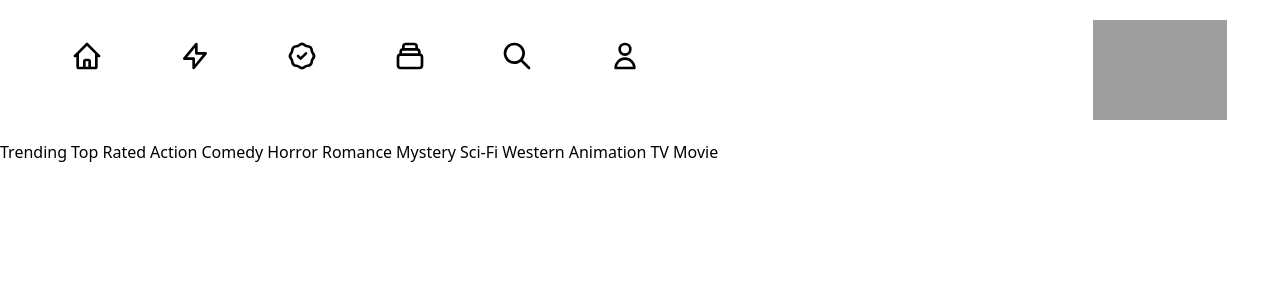
Repository: jafredk/hulu-2
Page: /
The author's editor kept a copy of each file at every save. The page is drawn from the files as they stood at one save, then again after the next save.
The browser window is 1280 px wide. The pictures show the whole page.
Pictures or frames that could not be fetched are drawn as grey boxes. The project was rebuilt for these pictures with package versions that can differ from the ones it lists, and the page was loaded fresh each time. The framework's server and built-in components were replaced by stand-ins that run in the browser. Also part of the build but not shown: next.config.js.

Above is the page before, as saved 2021-11-02 11:46:41.

### pages/index.js
import Head from 'next/head'
import Image from 'next/image'
import Header from '../components/Header'
import Nav from '../components/Nav'


export default function Home() {
  return (
    <div>
      <Head>
        <title>HULU</title>
        <meta name="description" content="Generated by create next app" />
        <link rel="icon" href="/favicon.ico" />
      </Head>



      {/* Header */}
      <Header />



      {/* Nav */}
      <Nav />



      {/* Results */}
    </div>
  )
}

### components/Header.js
import {
    BadgeCheckIcon,
    CollectionIcon,
    HomeIcon,
    LightningBoltIcon,
    SearchIcon,
    UserIcon,
} from "@heroicons/react/outline";

import Image from 'next/image'
import HeaderItem from './HeaderItem';

function Header() {
    return (
        <header className="flex flex-col sm:flex-row m-5 justify-between items-center h-auto">
            <div className="flex flex-grow justify-evenly max-w-2xl">
                <HeaderItem title='HOME' Icon={HomeIcon} />
                <HeaderItem title='TRENDING' Icon={LightningBoltIcon} />
                <HeaderItem title='VERIFIED' Icon={BadgeCheckIcon} />
                <HeaderItem title='COLLECTIONS' Icon={CollectionIcon} />
                <HeaderItem title='SEARCH' Icon={SearchIcon} />
                <HeaderItem title='ACCOUNT' Icon={UserIcon} />
            </div>


            <Image className="object-contain bg " src="https://links.papareact.com/ua6" width={200} height={100} />
        </header>
    );
}

export default Header;

### components/Nav.js
import requests from "../utils/requests";

function Nav() {
    return (
        <nav>
            <div className="flex flex-row space-x-1">
                {Object.entries(requests).map(([key, { title, url }]) => (
                    <h2>{title}</h2>
                ))}



                </div>

        </nav>
    );
}

export default Nav;

### components/HeaderItem.js
function HeaderItem({ Icon, title }) {
    return (
        <div className=" flex flex-col items-center cursor-pointer group w-12 sm:w-20 hover:text-white ">
            <Icon className="h-8 mb-1 group-hover:animate-bounce " />
            <p className=" opacity-0 group-hover:opacity-100  tracking-widest">{title}</p>
        </div>
    );
}

export default HeaderItem;

### utils/requests.js
const API_KEY = process.env.API_KEY;

export default {
    fetchTrending: {
        title: "Trending",
        url: `/trending/all/week?api_key=${API_KEY}&language=en-US`,
    },

    fetchTopRated: {
        title: "Top Rated",
        url: `/movie/top_rated?api_key=${API_KEY}&language=en-US`,
    },


    fetchActionMovies: {
        title: "Action",
        url: `/discover/movie?api_key=${API_KEY}&with_genres=28`,
    },

    fetchComedyMovies: {
        title: "Comedy",
        url: `/discover/movie?api_key=${API_KEY}&with_genres=35`,
    },

    fetchHorrorMovies: {
        title: "Horror",
        url: `/discover/movie?api_key=${API_KEY}&with_genres=27`,
    },

    fetchRomanceMovies: {
        title: "Romance",
        url: `/discover/movie?api_key=${API_KEY}&with_genres=10749`,
    },

    fetchMystery: {
        title: "Mystery",
        url: `/discover/movie?api_key=${API_KEY}&with_genres=9648`,
    },

    fetchSciFi: {
        title: "Sci-Fi",
        url: `/discover/movie?api_key=${API_KEY}&with_genres=878`,
    },

    fetchWestern: {
        title: "Western",
        url: `/discover/movie?api_key=${API_KEY}&with_genres=37`,
    },

    fetchAnimation: {
        title: "Animation",
        url: `/discover/movie?api_key=${API_KEY}&with_genres=16`,
    },


    fetchTV: {
        title: "TV Movie",
        url: `/discover/movie?api_key=${API_KEY}&with_genres=10770`,
    },
}

Loaded but not shown: pages/_app.js (common file); styles/globals.css (common file)

After the next save:
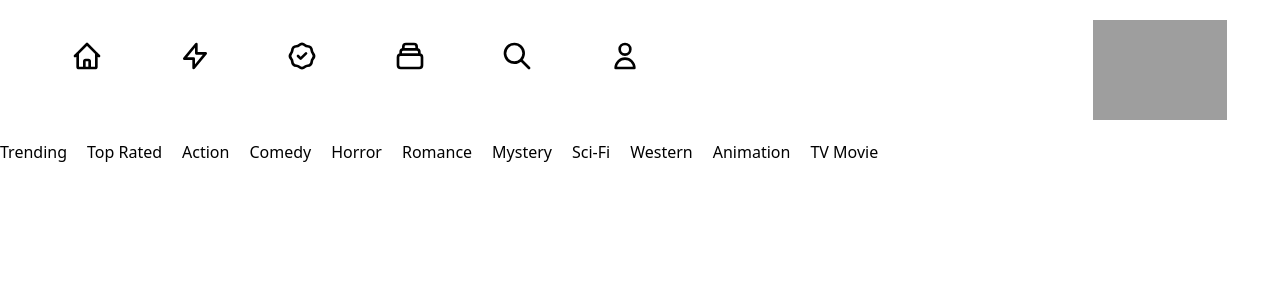
Saved 10 s later.
--- a/components/Nav.js
+++ b/components/Nav.js
@@ -3,7 +3,7 @@ import requests from "../utils/requests";
 function Nav() {
     return (
         <nav>
-            <div className="flex flex-row space-x-1">
+            <div className="flex flex-row space-x-5">
                 {Object.entries(requests).map(([key, { title, url }]) => (
                     <h2>{title}</h2>
                 ))}
